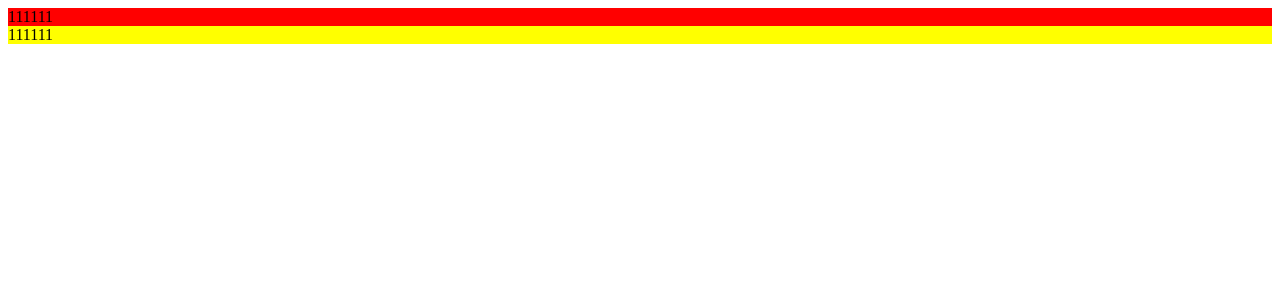
Repository: xiemin2161/mytest
Page: 01-指令.html
An editor plug-in stored every save of this project. The page is shown before and after the next save, followed by the edit.
The browser window is 1280 px wide. The pictures show the whole page.

Above is the page before, as saved 2023-02-02 15:04:42.

### 01-指令.html
<!DOCTYPE html>
<html>
  <head>
    <meta charset="utf-8" />
    <meta http-equiv="X-UA-Compatible" content="IE=edge,chrome=1" />
    <title>Examples</title>
    <meta name="description" content="" />
    <meta name="keywords" content="" />
    <link href="" rel="stylesheet" />
    <script type="text/javascript" src="lib/vue.js"></script>
  </head>
  <body>
    <div id="box">
      <div v-hello="'red'">111111</div>
      <div v-hello="'yellow'">111111</div>
    </div>

    <script type="text/javascript">
      // v-if="isShow" v-for v-model v....
      // v-kerwin v-swipe  操作底层dom
      Vue.directive("hello", {
        inserted(el, bind) {
          //指令-声明周期
          //插入
          // console.log("当前节点插入到父节点中了");
          console.log(el, bind);
          el.style.background = bind.value;
        },
      });
      new Vue({
        el: "#box",
        data: {
          mycolor: "blue",
        },
      });
    </script>
  </body>
</html>

Loaded but not shown: lib/vue.js (library)

After the next save:
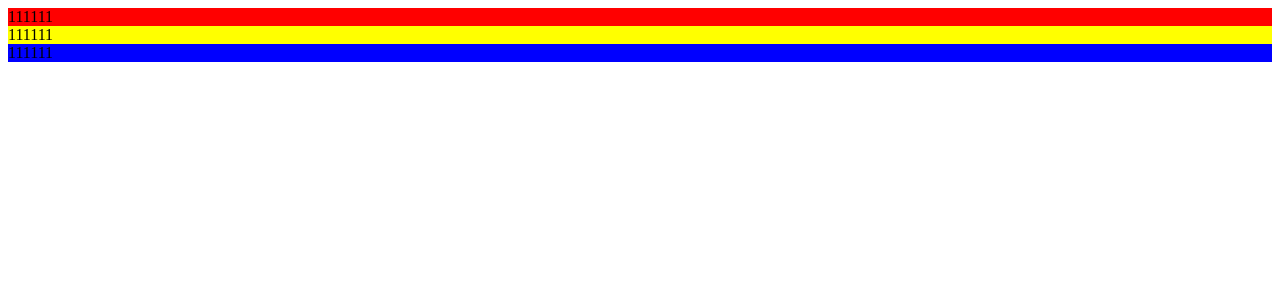
Saved 8 s later.
--- a/01-指令.html
+++ b/01-指令.html
@@ -13,6 +13,7 @@
     <div id="box">
       <div v-hello="'red'">111111</div>
       <div v-hello="'yellow'">111111</div>
+      <div v-hello="mycolor">111111</div>
     </div>
 
     <script type="text/javascript">
